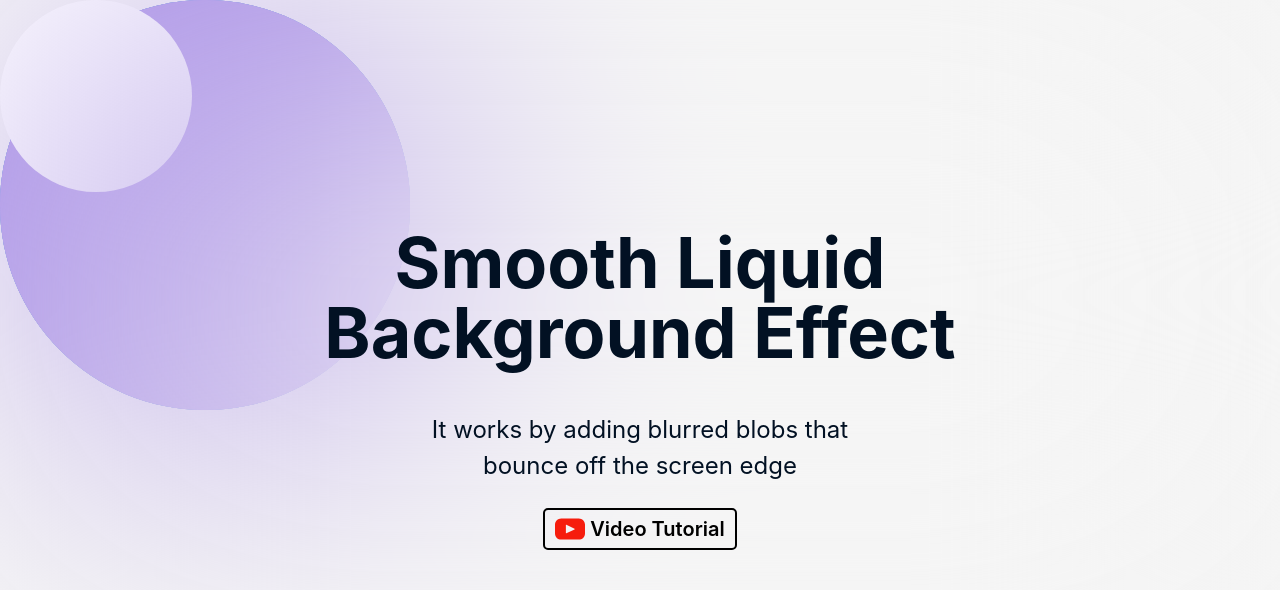
Repository: KHANas02/flowers_02
Page: Новая папка/index.html
These files come from the project's save history. The page is drawn as it stood at one moment and after a run of saves; the edit follows.
The browser window is 1280 px wide. The pictures show the whole page.

Above is the page before, as saved 2024-02-18 12:36:28.

After the next 3 saves:
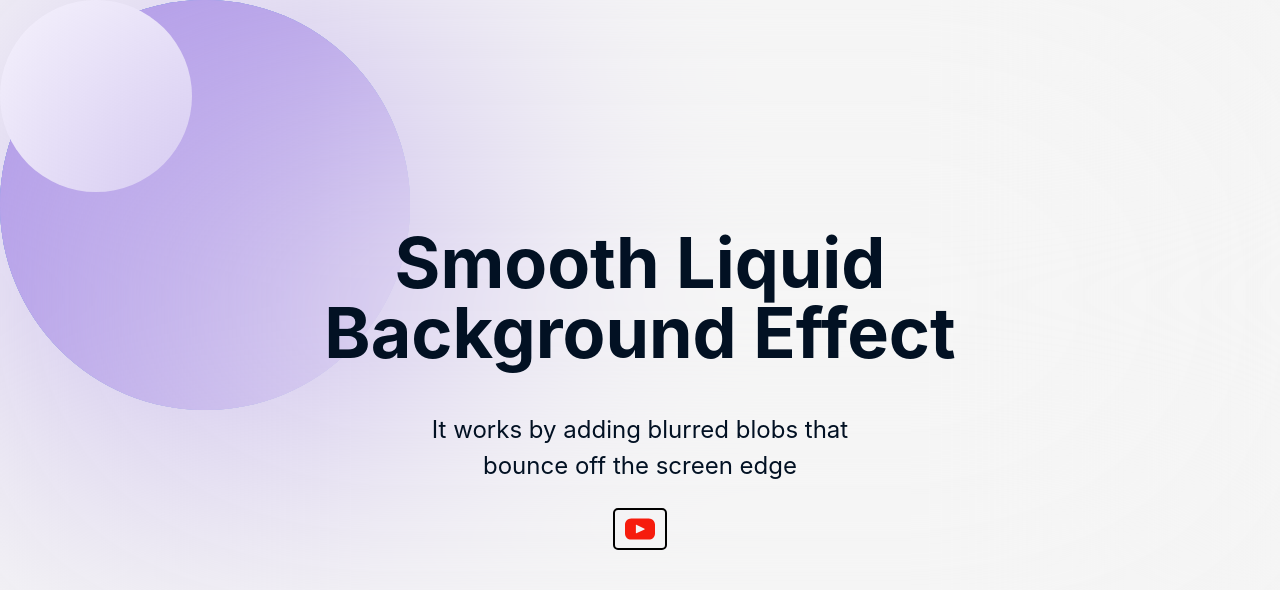
The 3 saves are shown as one change because they came seconds apart.
The last was saved 62 s later.
--- a/Новая папка/index.html
+++ b/Новая папка/index.html
@@ -44,7 +44,7 @@
 	c0-3.774,3.982-6.22,7.348-4.514l126.06,63.881C304.363,229.873,304.298,235.248,300.506,237.056z"
       />
     </svg>
-      Video Tutorial
+
     </a>
   </div>
 </div>
